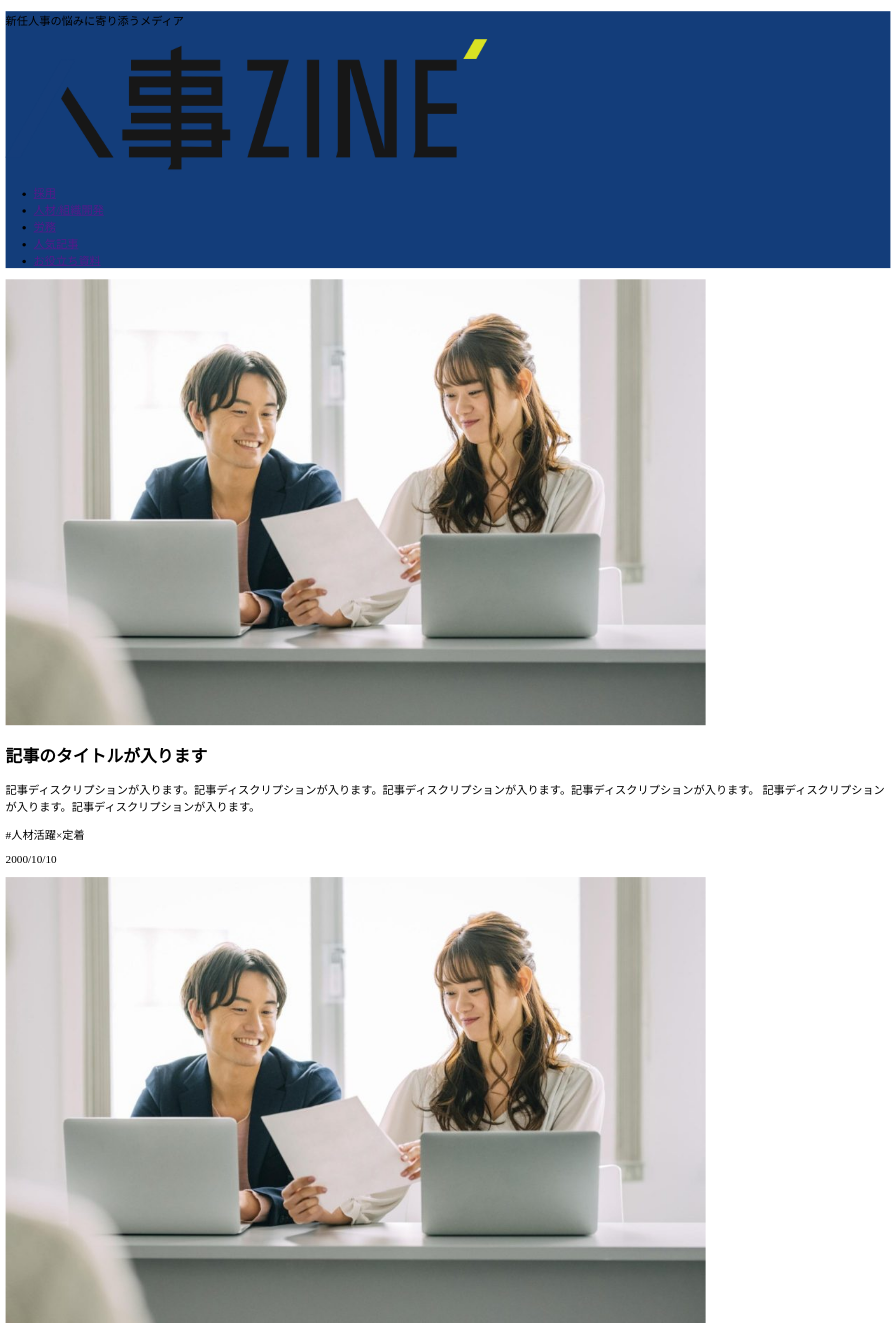
Repository: daisukey623/WpPractice
Page: http://localhost/index.html
An editor plug-in stored every save of this project. The page is shown before and after the next save, followed by the edit.
The browser window is 1280 px wide. The pictures show the part of the page from y = 0 to 1920 px (the page is 3906 px tall), at 70% of full size.
The page is run by PHP 8.4 with error messages shown; the project is at /var/www/html/. Style sheets and scripts are compiled from the project's sources, by tool versions that may differ from the author's.

Above is the page before, as saved 2021-09-23 10:07:04.

### index.html
<!DOCTYPE html>
<html lang="en">
  <head>
    <meta charset="UTF-8" />
    <meta http-equiv="X-UA-Compatible" content="IE=edge" />
    <meta name="viewport" content="width=device-width, initial-scale=1.0" />
    <link rel="stylesheet" href="this-thema.css">
    <title>Document</title>
  </head>
  <body>
    <header>
      <div>
        <p class="title">新任人事の悩みに寄り添うメディア</p>
        <img src="/img/logo_black.png" alt="ロゴ" />
      </div>
      <nav>
        <ul>
          <li><a href="">採用</a></li>
          <li><a href="">人材/組織開発</a></li>
          <li><a href="">労務</a></li>
          <li><a href="">人気記事</a></li>
          <li><a href="">お役立ち資料</a></li>
        </ul>
      </nav>
      <menu></menu>
    </header>
    <main>
      <article>
        <div>
          <img src="/img/eyecatch.jpg" alt="アイキャッチ" />
          <h2>記事のタイトルが入ります</h2>
          <p>
            記事ディスクリプションが入ります。記事ディスクリプションが入ります。記事ディスクリプションが入ります。記事ディスクリプションが入ります。
            記事ディスクリプションが入ります。記事ディスクリプションが入ります。
          </p>
          <p>#人材活躍×定着</p>
          <p>2000/10/10</p>
        </div>
      </article>
    </main>
    <aside>
      <article>
        <div>
          <img src="/img/eyecatch.jpg" alt="" />
          <h2>タイトルが入ります</h2>
          <p>2000/10/10</p>
        </div>
      </article>
    </aside>
    <footer>
      <div>
        <h2>Mail Magazine Subscription</h2>
        <p>メルマガでも情報発信中</p>
        <p>
          人事ZINE編集部は人事の皆様の悩みに寄り添い、
          何か小さくても行動に移せるようなアイデアを日々発信しております。
        </p>
      </div>
      <div>
        <img src="/img/footer_mail_mobile.png" alt="メルマガ">
        <p>
          人事ZINE メルマガでは、こんな情報をお届けいたします。
        </p>
        <ul>
          <li>人事業務の基本知識が学べる記事</li>
          <li>今の時期に必要な人事業務が学べる記事</li>
          <li>人事セミナーのご案内</li>
          <li>その他 採用のお役立ち情報のご案内など</li>
        </ul>
        <p>ぜひご登録ください。</p>
        <button>登録はこちら</button>
      </div>
      <div>
        <img src="" alt="">
        <img src="" alt="">
        <img src="" alt="">
        <ul>
          <li><a href="">人事ZINEとは</a></li>
          <li><a href="">プライバシーポリシー</a></li>
          <li><a href="">運営会社</a></li>
          <li><a href="">お問い合わせ</a></li>
        </ul>
        <p>コピーライト</p>
      </div>
    </footer>
  </body>
</html>

### this-thema.scss
@use  "_variables.scss"

### _variables.scss
$blue: #133D7A !default;
$yellow: #DBE222 !default;

header{
  background-color: $blue;
}

After the next save:
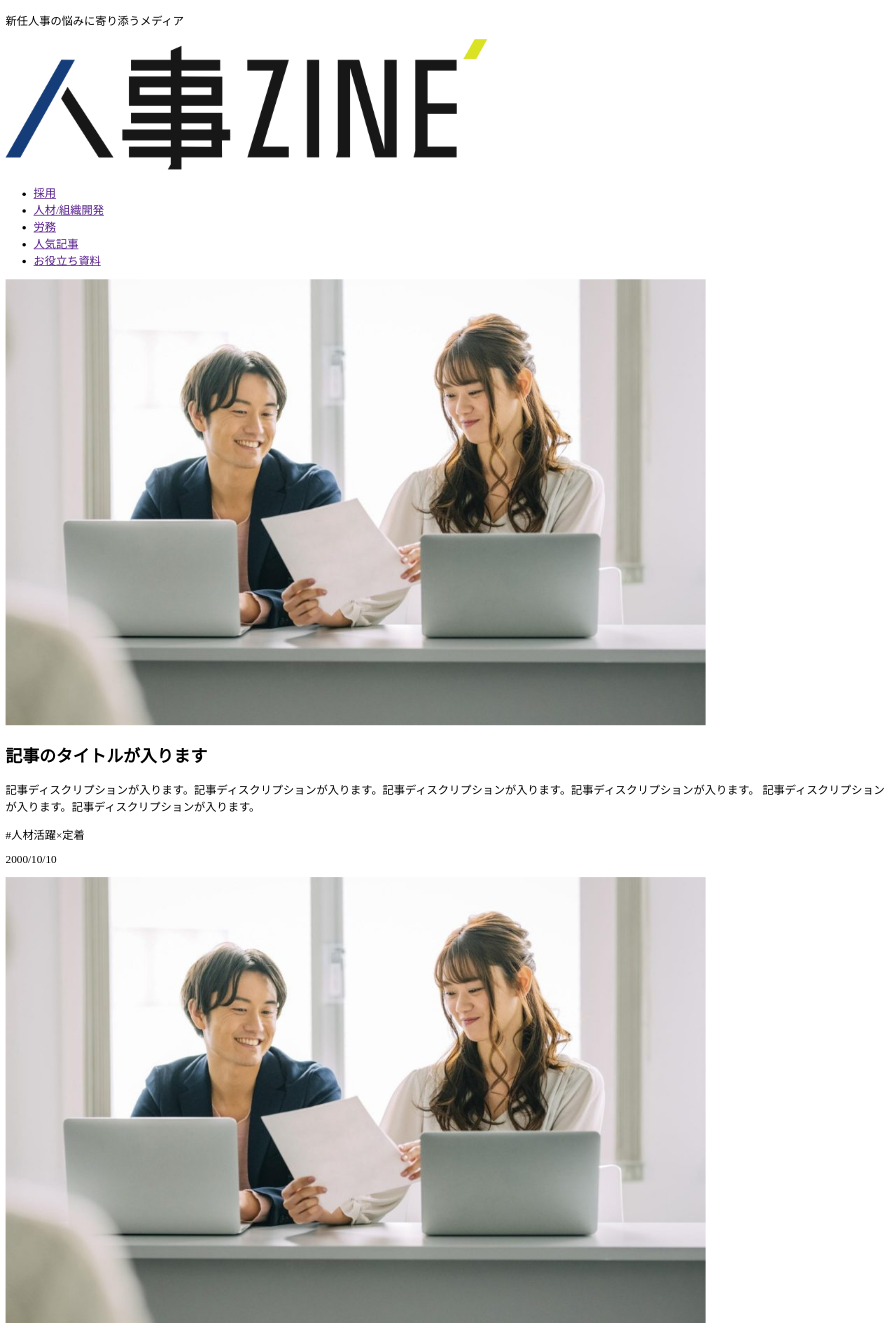
Saved 15 s later.
--- a/_variables.scss
+++ b/_variables.scss
@@ -1,6 +1,2 @@
 $blue: #133D7A !default;
 $yellow: #DBE222 !default;
-
-header{
-  background-color: $blue;
-}
